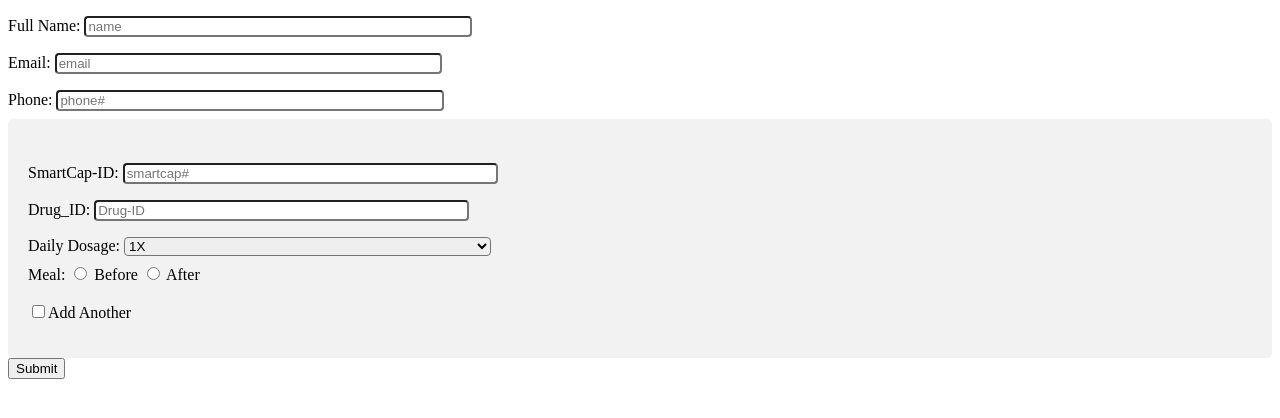
Repository: abhibroto0402/smartcap-service-node
Page: index.html
The author's editor kept a record of every edit. The page is drawn from the files as they stood at one moment, then again after the next edit.
The browser window is 1280 px wide. The pictures show the whole page.

Above is the page before.

### index.html
<!DOCTYPE html>
<html lang="en">

<head>
    <meta charset="UTF-8">
    <title>XYZ Pharmacy</title>
</head>
<script>
    var counter = 0;
    //Funciton to check if the field is left empty
    function checkTextField(field) {
        if (field.value == '') {
            alert(field.name + " field is empty");
        }
    }
    // Function to add more details for drung and smart cap
    function addElements(checkboxElem) {
        if (checkboxElem.checked) {
            //alert("workging!");
            createSmartCapFields();
        }
    }

    function createSmartCapFields(){
        counter++;
        var parent = document.getElementById('files');
         var newElement = document.createElement('p');
         newElement.setAttribute('id', counter);
         var html =  "SmartCap-ID: <input type=\"text\" placeholder=\"smartcap#\" name=\"smartcap["+ counter +"]\"> <br> ";
         html= html + "Drug_ID: <input type=\"text\" placeholder=\"Drug-ID\" name=\"smartcap["+counter+"]\" id=\"drug_id\"><br> ";
         html= html + "Daily Dosage: <select name=\"smartcap["+counter+"]\" id=\"Drug_ID\"><option value=\"1X\">1X</option><option value=\"2X\">2X</option><option value=\"3X\">3X</option><option value=\"4X\">4X</option></select><br>";
         html = html + "Meal:<input type=\"radio\" name=\"smartcap["+counter+"]\" id=\"Meal\" value=\"Before\"> Before<input type=\"radio\" name=\"smartcap["+counter+"]\" id=\"Meal\" value=\"After\"> After <br><br><input type=\"checkbox\" name=\"add\" onchange=\"addElements(this)\">Add Another<br>";
         newElement.innerHTML =html;
         parent.appendChild(newElement);

    }

</script>
<body>

<style>
input[type=text], select {
    width: 30%;
    margin: 8px 0;
    display: inline-block;
    border-radius: 4px;
}

input[type=email], select {
    width: 30%;
    margin: 8px 0;
    display: inline-block;
    border-radius: 4px;
}

input[type=submit] {
    width: 100%;
    background-color: #4CAF50;
    color: white;
    margin: 8px 0;
    border: none;
    border-radius: 4px;
    cursor: pointer;
}

input[type=submit]:hover {
    background-color: #45a049;
}

div {
    border-radius: 5px;
    background-color: #f2f2f2;
    padding: 20px;
}
</style>

<form action="/patient" method="POST">
    Full Name: <input type="text" placeholder="name" name="name" onblur="checkTextField(this)"><br>
    Email: <input type="email" placeholder="email" name="email" onblur="checkTextField(this)"><br>
    Phone: <input type="text" placeholder="phone#" name="phone" onblur="checkTextField(this)"><br>
    <div id="files">
        <p>
            SmartCap-ID: <input type="text" placeholder="smartcap#" name="smartcap[0]" onblur="checkTextField(this)"> <br>
            Drug_ID: <input type="text" placeholder="Drug-ID" name="smartcap[0]" id="drug_id" onblur="checkTextField(this)"><br>
            Daily Dosage: <select name="smartcap[0]" id="Drug_ID">
                <option value="1X">1X</option>
                <option value="2X">2X</option>
                <option value="3X">3X</option>
                <option value="4X">4X</option>
            </select>
            <br> Meal:
            <input type="radio" name="smartcap[0]" id="Meal" value="Before"> Before
            <input type="radio" name="smartcap[0]" id="Meal" value="After"> After <br>
            <br>
            <input type="checkbox" name="add" onchange="addElements(this)">Add Another
            <br>
        </p>
    </div>
    <button type="submit">Submit</button>

    </form>
</body>

</html>

After the next edit:
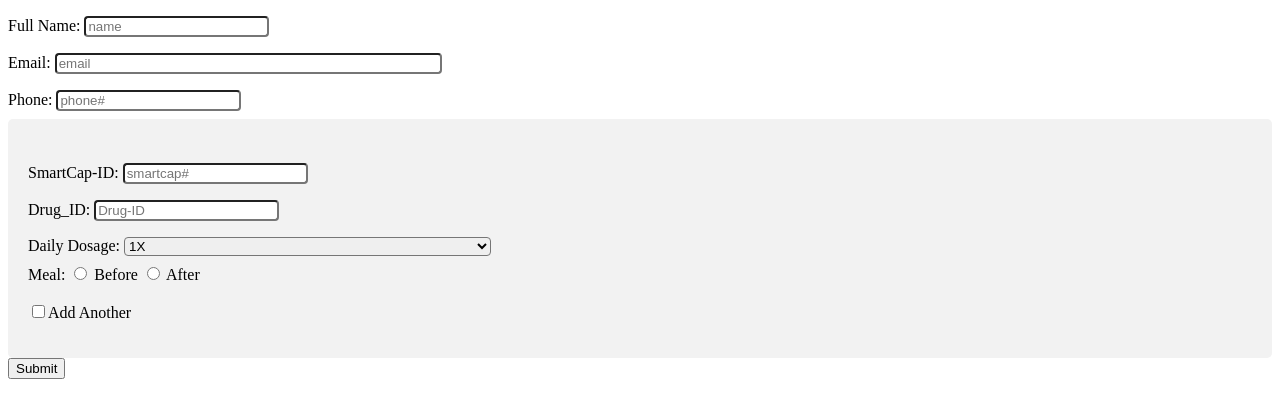
The edit:
--- a/index.html
+++ b/index.html
@@ -40,7 +40,6 @@
 
 <style>
 input[type=text], select {
-    width: 30%;
     margin: 8px 0;
     display: inline-block;
     border-radius: 4px;
